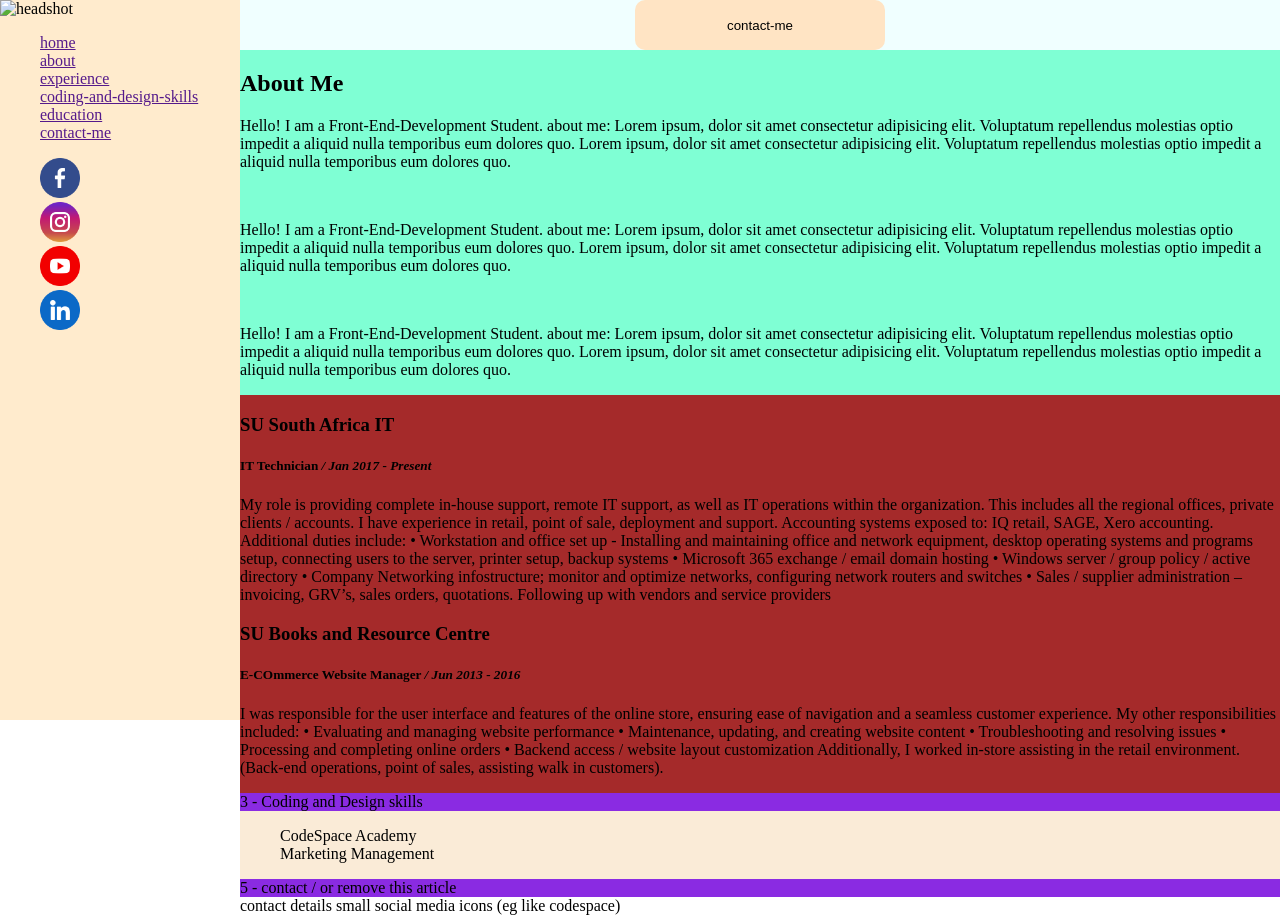
Repository: WesleyErasmus/MyDigitalResume-5
Page: index.html
These files come from the project's save history. The page is drawn as it stood at one moment and after the next save; the edit follows.
The browser window is 1280 px wide. The pictures show the whole page.

Above is the page before, as saved 2022-02-25 16:20:17.

### index.html
<!DOCTYPE html>
<html lang="en">

<head>
    <meta charset="UTF-8">
    <meta http-equiv="X-UA-Compatible" content="IE=edge">
    <meta name="viewport" content="width=device-width, initial-scale=1.0">
    <title>Wesley Erasmus Digital Resume 5</title>
    <link rel="stylesheet" href="stylesheet.css">
</head>

<body>
    <!-- look into using use hr tag -->
    <header>
        <span>
            <button id="contact-me-btn">contact-me</button>
        </span>
    </header>
    <nav>
        <img src="" alt="headshot">
        <ul class="nav-btns">
            <li><a href="">home</a></li>
            <li><a href="">about</a></li>
            <li><a href="">experience</a></li>
            <li><a href="">coding-and-design-skills</a></li>
            <li><a href="">education</a></li>
            <li><a href="">contact-me</a></li>
        </ul>
        <ul class="social-media-links">
            <li><a href="https://www.facebook.com/codespaceza" target="_blank"><img src="/icons/facebook.png"
                        alt="Facebook" width="40px" height="40px"></a></li>
            <li><a href="https://www.instagram.com/codespaceza/" target="_blank"><img src="icons/instagram.png"
                        alt="Instagram" width="40px" height="40px"></a></li>
            <li><a href="https://www.youtube.com/channel/UCfmXJliguiwBv2QlRzWdrxA" target="_blank"><img
                        src="icons/youtube.png" alt="YouTube" width="40px" height="40px"></a></li>
            <li><a href="https://www.linkedin.com/school/codespaceza/" target="_blank"><img src="icons/linkedin.png"
                        alt="LinkedIn" width="40px" height="40px"></a></li>
        </ul>
    </nav>
    <main>
        <article class="about-me">
            <h1>About Me</h1>
            <p>Hello! I am a Front-End-Development Student. about me: Lorem ipsum, dolor sit amet consectetur
                adipisicing elit. Voluptatum repellendus molestias optio impedit a aliquid nulla temporibus eum
                dolores quo. Lorem ipsum, dolor sit amet consectetur adipisicing elit. Voluptatum repellendus
                molestias optio impedit a aliquid nulla temporibus eum dolores quo.</p>
            <br>
            <p>Hello! I am a Front-End-Development Student. about me: Lorem ipsum, dolor sit amet consectetur
                adipisicing elit. Voluptatum repellendus molestias optio impedit a aliquid nulla temporibus eum
                dolores quo. Lorem ipsum, dolor sit amet consectetur adipisicing elit. Voluptatum repellendus
                molestias optio impedit a aliquid nulla temporibus eum dolores quo.</p>
            <br>
            <p>Hello! I am a Front-End-Development Student. about me: Lorem ipsum, dolor sit amet consectetur
                adipisicing elit. Voluptatum repellendus molestias optio impedit a aliquid nulla temporibus eum
                dolores quo. Lorem ipsum, dolor sit amet consectetur adipisicing elit. Voluptatum repellendus
                molestias optio impedit a aliquid nulla temporibus eum dolores quo.</p>
        </article>
        <article class="job-experience">
            <h3>SU South Africa IT</h3>
            <h5>IT Technician <em>/ Jan 2017 - Present</em></h5>
            <p>My role is providing complete in-house support, remote IT support, as well as IT operations within the
                organization. This includes all the regional offices, private clients / accounts. I have experience in
                retail, point of sale, deployment and support. Accounting systems exposed to: IQ retail, SAGE, Xero
                accounting. Additional duties include:
                • Workstation and office set up - Installing and maintaining office and network equipment, desktop
                operating systems and programs setup, connecting users to the server, printer setup, backup systems
                • Microsoft 365 exchange / email domain hosting
                • Windows server / group policy / active directory
                • Company Networking infostructure; monitor and optimize networks, configuring network routers and
                switches
                • Sales / supplier administration – invoicing, GRV’s, sales orders, quotations. Following up with
                vendors and service providers</p>
            <h3>SU Books and Resource Centre</h3>
            <h5>E-COmmerce Website Manager <em>/ Jun 2013 - 2016</em></h5>
            <p>I was responsible for the user interface and features of the online store, ensuring ease of navigation and a seamless customer experience. My other responsibilities included:
                • Evaluating and managing website performance
                • Maintenance, updating, and creating website content
                • Troubleshooting and resolving issues
                • Processing and completing online orders
                • Backend access / website layout customization
                Additionally, I worked in-store assisting in the retail environment. (Back-end operations, point of sales, assisting walk in customers).</p>

        </article>
        <article class="coding-and-design-skills">
            3 - Coding and Design skills
        </article>
        <article class="education">
            <ul>
                <li>CodeSpace Academy</li>
                <li>Marketing Management</li>
            </ul>

        </article>
        <article>
            5 - contact / or remove this article
        </article>
    </main>
    <footer>
        contact details
        small social media icons (eg like codespace)
    </footer>

</body>

</html>

### stylesheet.css
* {
    box-sizing: border-box;
    list-style-type: none;
}
body {
    margin: 0 0 0 240px;
    padding: 0;
}
header {
    background-color: azure;
    text-align: center;
}
button#contact-me-btn {
    background-color: bisque;
    width: 250px;
    height: 50px;
    border-radius: 10px;
    border: none;
}
nav {
    background-color: blanchedalmond;
    float: left;
    position: fixed;
    left: 0;
    overflow-y: auto;
    overflow-x: hidden;
    height: 100vh;
    min-height: 100vh;
    top: 0;
    width: 240px;
    z-index: 1;
}
main {
    background-color: blueviolet;
    position: relative;
    display: block;
    width: 100%;
}
article.about-me {
    background-color: aquamarine;
    overflow-x: hidden;
    /* Will need to use the two above stylings for other elements in main container  */
}
article.job-experience {
    background-color:brown;
    overflow-x: hidden;
}
article.education {
    background-color:antiquewhite;
    overflow-x: hidden;
}

After the next save:
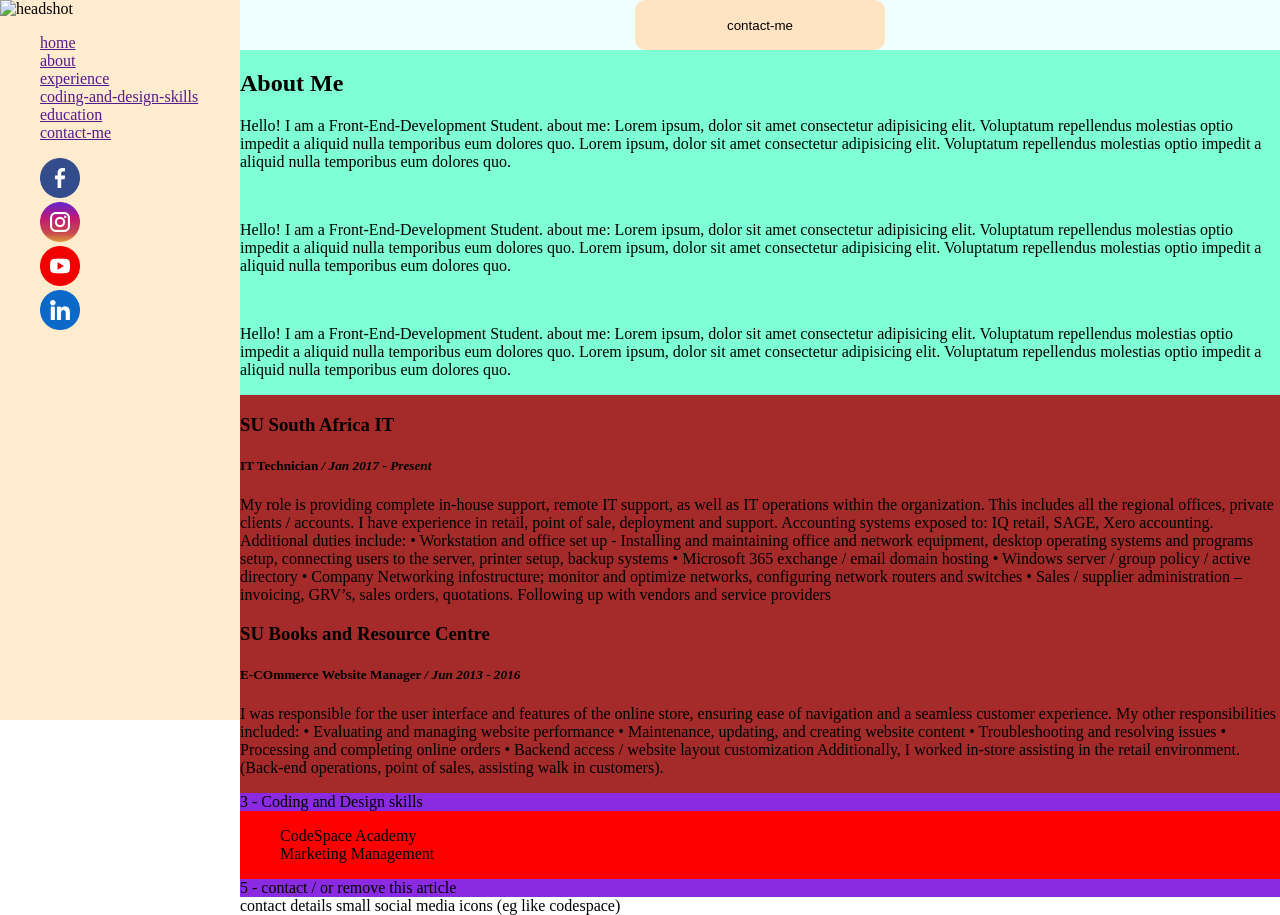
Saved 8 s later.
--- a/stylesheet.css
+++ b/stylesheet.css
@@ -46,6 +46,6 @@ article.job-experience {
     overflow-x: hidden;
 }
 article.education {
-    background-color:antiquewhite;
+    background-color:red;
     overflow-x: hidden;
 }
